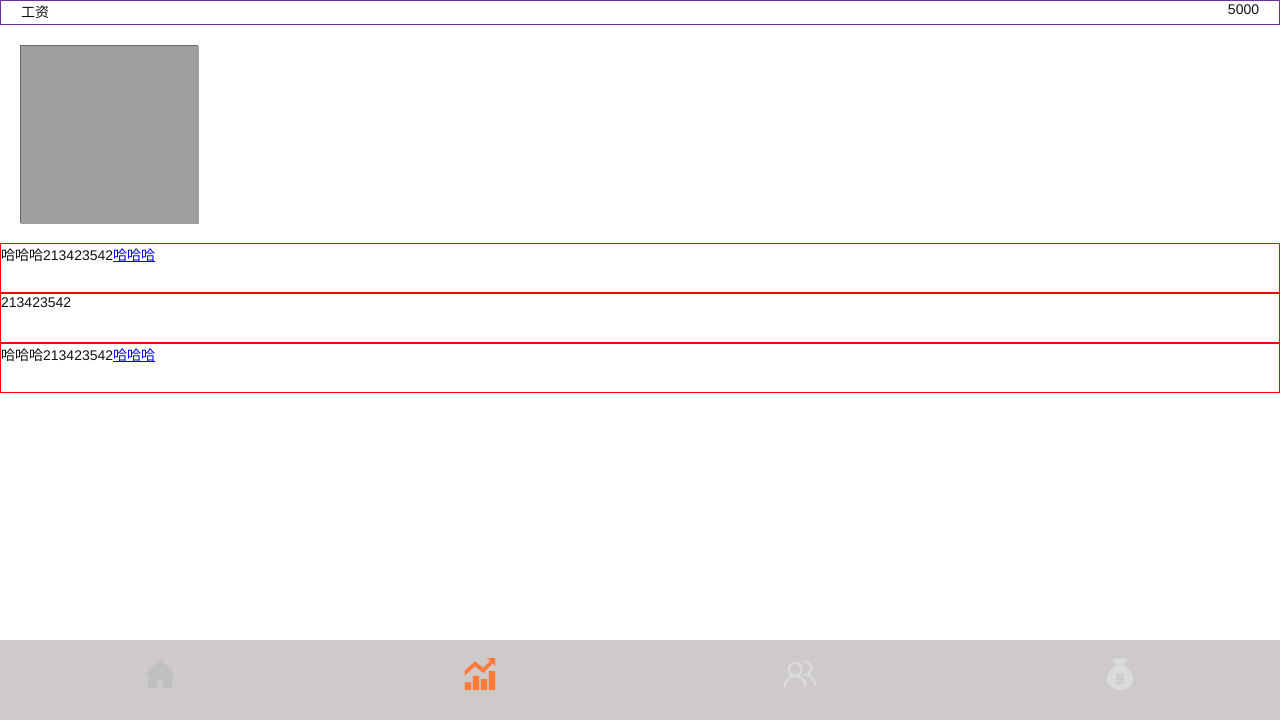
Repository: panlin520-team/lnmj-staffH5
Page: /#/salary
These files come from the project's save history. The page is drawn as it stood at one moment and after the next save; the edit follows.
The browser window is 1280 px wide. The pictures show the whole page.
Pictures or frames that could not be fetched are drawn as grey boxes. The project was rebuilt for these pictures with package versions that can differ from the ones it lists, and the page was loaded fresh each time. Also part of the build but not shown: src/views/Lojin.vue.

Above is the page before, as saved 2020-04-09 16:18:23.

After the next save:
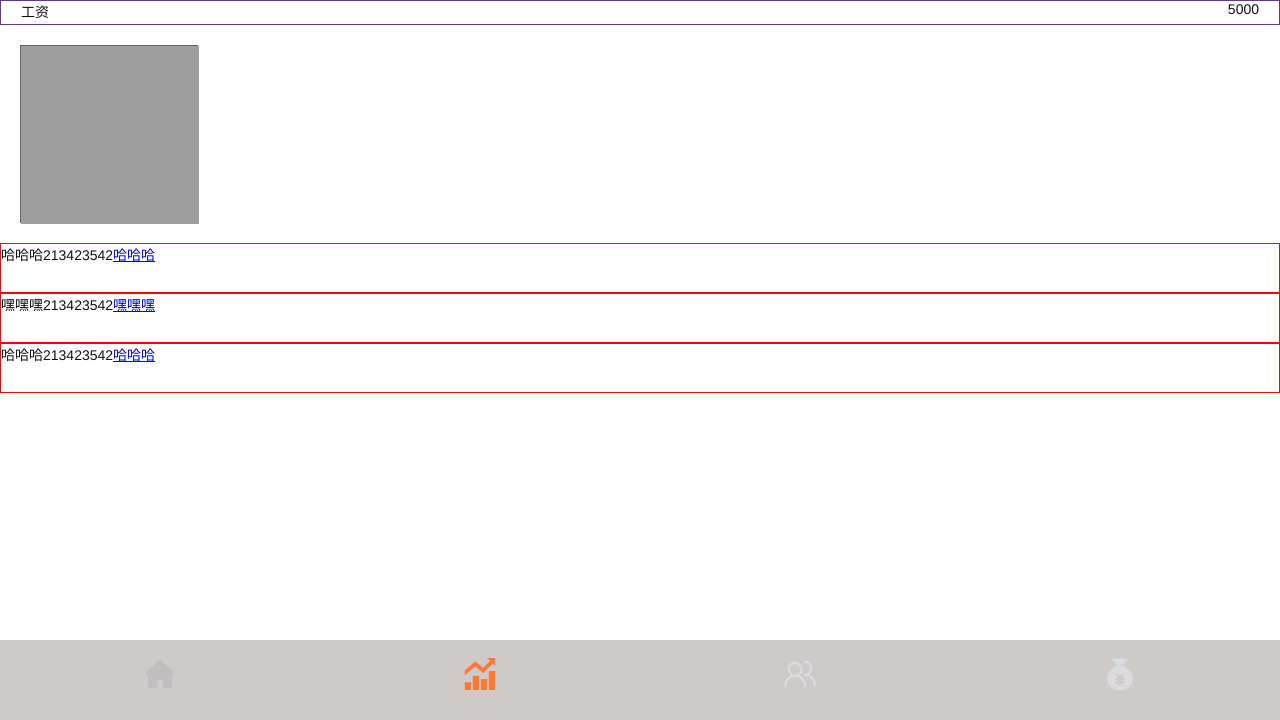
Saved 5 s later.
--- a/src/views/Salary.vue
+++ b/src/views/Salary.vue
@@ -54,7 +54,7 @@ export default {
           number: "213423542"
         },
         {
-          name: "",
+          name: "嘿嘿嘿",
           number: "213423542"
         },
         {
